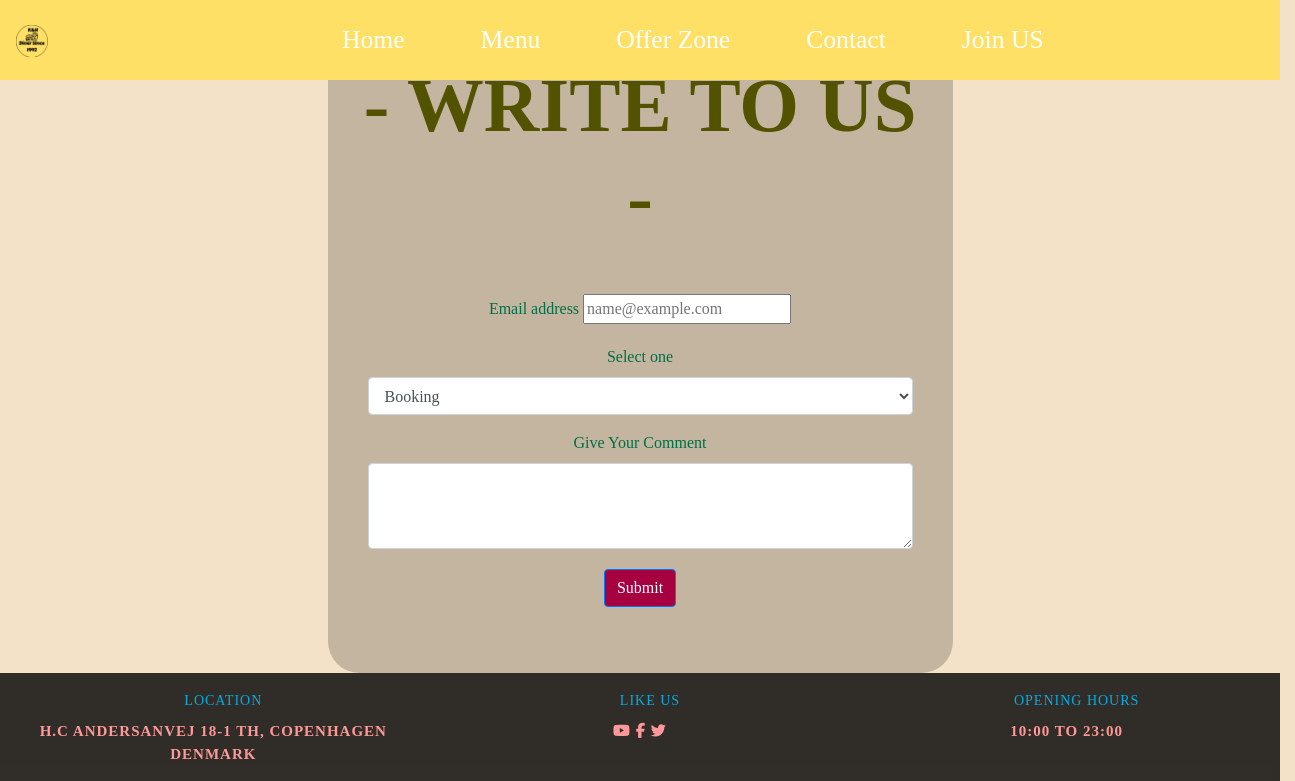
Repository: HMTRIVEDI/project-one
Page: contact.html
The author's editor kept a record of every edit. The page is drawn from the files as they stood at one moment, then again after the next edit.
The browser window is 1280 px wide. The page is 1295 px wide, so the pictures cover 1295 px, including what lies to the right of the window. The pictures show the whole page.
Some web fonts or font styles are not loaded; a fallback is used. Some web libraries are served in a nearby version.

Above is the page before.

After the next edit:
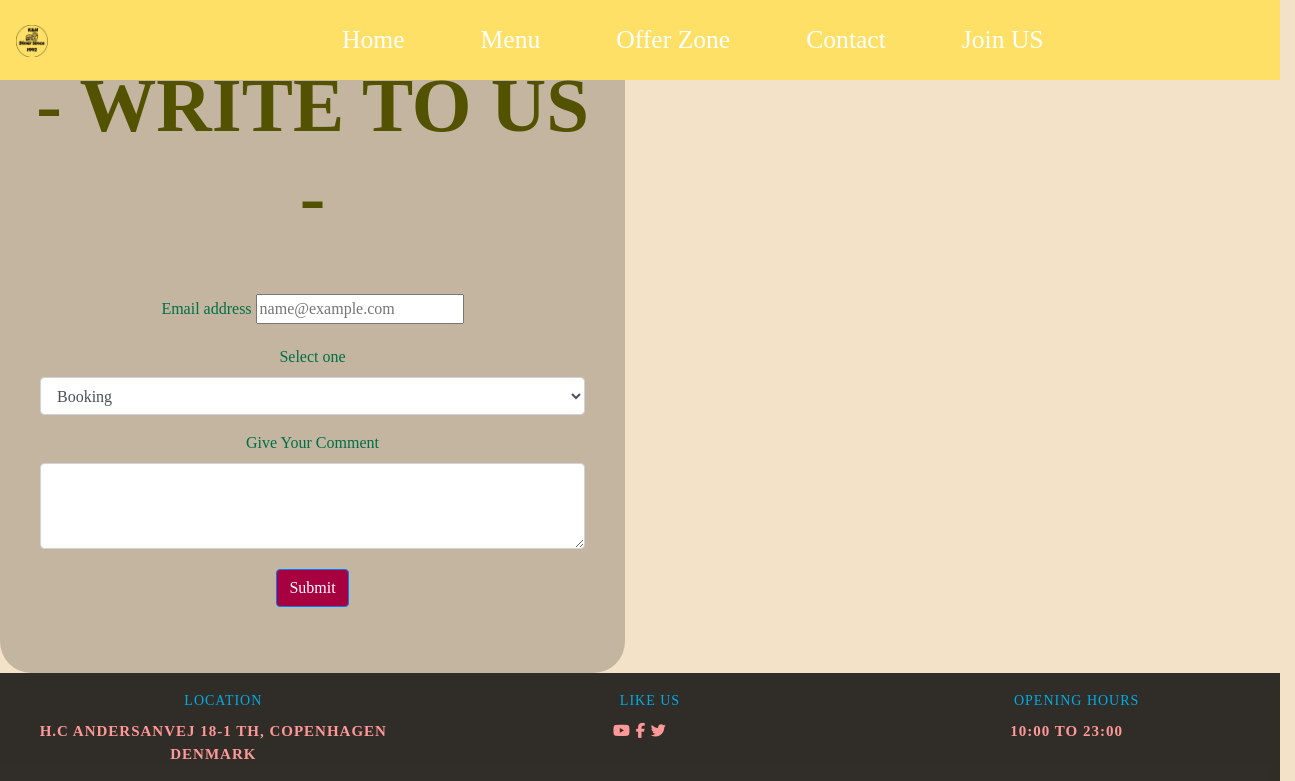
The edit:
--- a/contact.html
+++ b/contact.html
@@ -56,7 +56,7 @@
 
   <!--contact-->
   <div class="contact row text-center">
-    <div class="col-sm-6 offset-sm-3">
+    <div class="col-sm-6">
       <div class="container-fluid contact" style="margin-left: 0px;
     margin-right: 0px; margin-top: 40px; border:1px; background-color:rgba(0,0,0,0.2);border-radius:5%; padding:20px;">
         <p class="h4" style="margin-bottom:40px;">- Write to Us -</p>
